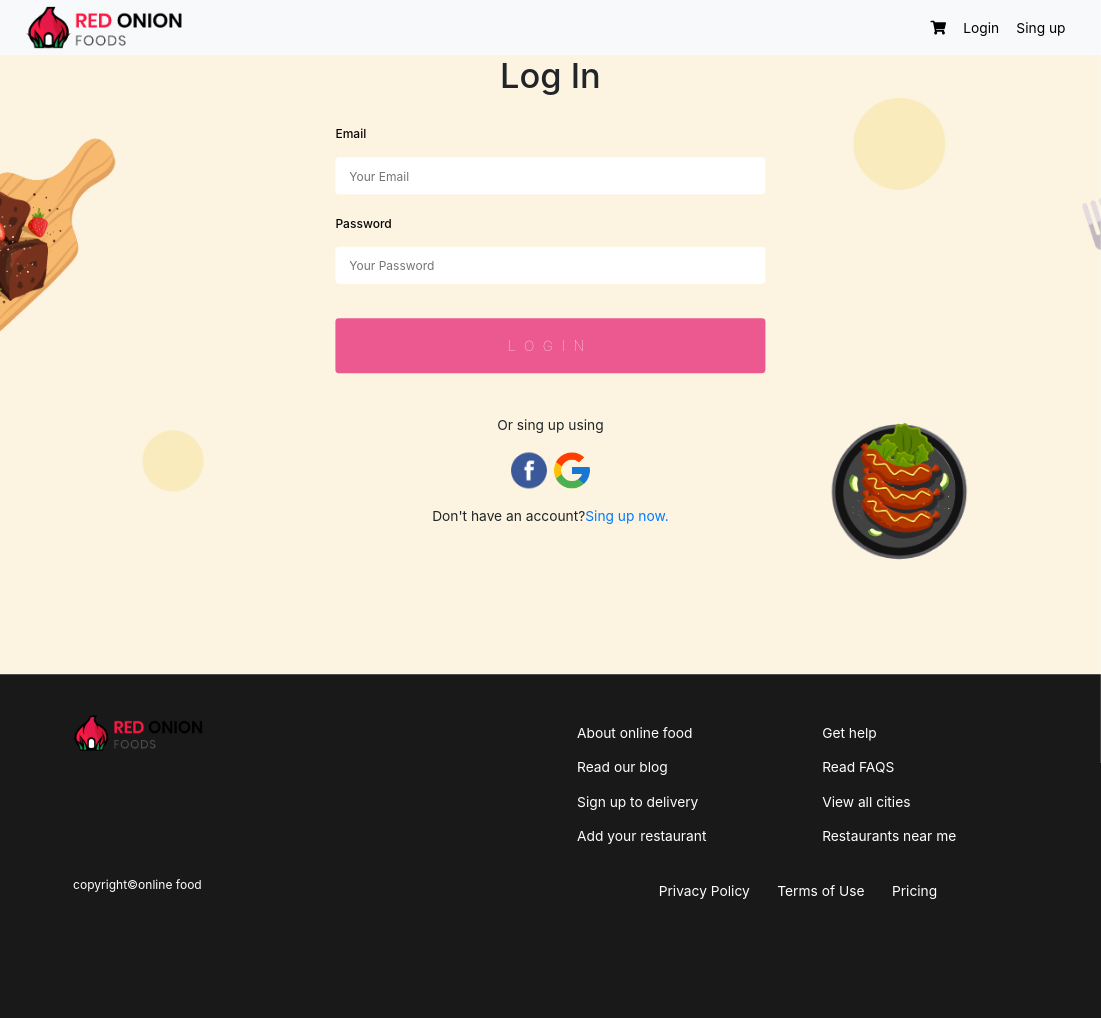
Repository: arif286/red-onion-client
Page: /login
These files come from the project's save history. The page is drawn as it stood at one moment and after the next save; the edit follows.
The browser window is 1280 px wide. The pictures show the whole page, at 86% of full size.
The project was rebuilt for these pictures with package versions that can differ from the ones it lists, and the page was loaded fresh each time. Also part of the build but not shown: src/App.css, src/components/Cart/Cart.js, src/components/SearchBar/SearchBar.css, src/components/SearchBar/SearchBar.js, src/components/FoodDetails/FoodDetail.css, src/components/FoodDetails/FoodDetail.js, src/components/DeliveryFood/DeliveryFood.js, src/components/Food/Food.css and 5 more.

Above is the page before, as saved 2021-03-26 14:29:34.

### src/App.js
import "bootstrap/dist/css/bootstrap.min.css";
import React, { createContext, useState } from "react";
import { BrowserRouter as Router, Route, Switch } from "react-router-dom";
import './App.css';
import Cart from "./components/Cart/Cart";
import FoodDetail from "./components/FoodDetails/FoodDetail";
import Footer from "./components/Footer/Footer";
import Header from "./components/Header/Header";
import Home from './components/Home/Home';
import Login from "./components/LogIn/Login";
import PrivateRoute from "./components/PrivateRoute/PrivateRoute";
import SingUp from "./components/SingUp/SingUp";


export const UserContext = createContext();
function App() {
  const [loggedInUser, setLoggedInUser] = useState({});
  return (
    <UserContext.Provider value={[loggedInUser, setLoggedInUser]}>
      <Router>
        <Header />
        <Switch>
          <Route path="/home">
            <Home />
          </Route>
          <Route path="/signUp">
            <SingUp />
          </Route>
          <Route path="/login">
            <Login />
          </Route>
          <Route path="/food/details/:foodId">
            <FoodDetail />
          </Route>
          <PrivateRoute>
            <Cart/>
          </PrivateRoute>
          <Route exact path="/">
            <Home/>
          </Route>
        </Switch>
        <Footer />
      </Router>
    </UserContext.Provider>
  );

}

export default App;

### src/components/Footer/Footer.js
import React from 'react';
import { NavLink } from 'react-bootstrap';
import Logo from '../../onion-restaurent/logo2.png';
import './Footer.css';

const Footer = () => {
    return (
      <footer>
        <div className="container">
          <div className="row pt-5">
            <div className="col-md-6 col-sm-12 pb-4">
              <img className="footer-img" src={Logo} alt="" />
            </div>
            <div className="col-md-3 col-sm-12 pb-4">
              <ul className="nav flex-column">
                <li className="nav-item">
                  <NavLink
                    className="nav-link active footer-link"
                    aria-current="page"
                    to="/"
                  >
                    About online food
                  </NavLink>
                </li>
                <li className="nav-item">
                  <NavLink className="nav-link footer-link" to="/">
                    Read our blog
                  </NavLink>
                </li>
                <li className="nav-item">
                  <NavLink className="nav-link footer-link" to="/">
                    Sign up to delivery
                  </NavLink>
                </li>
                <li className="nav-item">
                  <NavLink className="nav-link footer-link" to="/">
                    Add your restaurant
                  </NavLink>
                </li>
              </ul>
            </div>
            <div className="col-md-3 col-sm-12 pb-4">
              <ul className="nav flex-column">
                <li className="nav-item">
                  <NavLink
                    className="nav-link footer-link"
                    aria-current="page"
                    to="/"
                  >
                    Get help
                  </NavLink>
                </li>
                <li className="nav-item">
                  <NavLink className="nav-link footer-link" to="/">
                    Read FAQS
                  </NavLink>
                </li>
                <li className="nav-item">
                  <NavLink className="nav-link footer-link" to="/">
                    View all cities
                  </NavLink>
                </li>
                <li className="nav-item">
                  <NavLink className="nav-link footer-link" to="/">
                    Restaurants near me
                  </NavLink>
                </li>
              </ul>
            </div>
          </div>

          <div className="row">
            <div className="col-md-7">
              <p className='copy-right'>
                <small>
                  copyright<span>&#169;</span>online food
                </small>
              </p>
            </div>
            <div className="col-md-5">
              <div className='d-flex'>
                <NavLink className="footer-link">Privacy Policy</NavLink>
                <NavLink className="footer-link">Terms of Use</NavLink>
                <NavLink className="footer-link">Pricing</NavLink>
              </div>
            </div>
          </div>
        </div>
      </footer>
    );
};

export default Footer;

### src/components/Header/Header.js
import { faShoppingCart } from "@fortawesome/free-solid-svg-icons";
import { FontAwesomeIcon } from "@fortawesome/react-fontawesome";
import React from 'react';
import { NavLink } from "react-router-dom";
import logo from '../../onion-restaurent/logo2.png';
import './Header.css';
const cart = <FontAwesomeIcon icon={faShoppingCart} />;
const Header = () => {
    const header = {
        logo : {width: '180px'}
    }
    return (
      <div>
        <nav className="navbar navbar-expand-lg navbar-light bg-light">
          <div className="container-fluid">
            <div>
              <img style={header.logo} src={logo} alt="" />
            </div>
            <button
              className="navbar-toggler"
              type="button"
              data-bs-toggle="collapse"
              data-bs-target="#navbarNav"
              aria-controls="navbarNav"
              aria-expanded="false"
              aria-label="Toggle navigation"
            >
              <span className="navbar-toggler-icon"></span>
            </button>
            <div
              className="collapse  navbar-collapse justify-content-end"
              id="navbarNav"
            >
              <ul className="navbar-nav">
                <li className="nav-item">
                  <NavLink className="header-link" to="/">
                    {cart}
                  </NavLink>
                </li>
                <li className="nav-item">
                  <NavLink className="header-link" to="/login">
                    Login
                  </NavLink>
                </li>
                <li className="nav-item">
                  <NavLink className="header-link" to="/signUp">
                    Sing up
                  </NavLink>
                </li>
              </ul>
            </div>
          </div>
        </nav>
      </div>
    );
};

export default Header;

### src/components/LogIn/Login.js
import React, { useContext } from "react";
import { useForm } from "react-hook-form";
import { Link } from "react-router-dom";
import { UserContext } from "../../App";
import image from "../../onion-restaurent/bannerbackground.png";
import { initializeLoginFramework, logInWithEmailPassword } from "./LoginManager";
import WithoutLogin from "./WithoutLogin";


const bgImage = {
  backgroundImage: `url(${image})`,
  backgroundRepeat: "no-repeat, repeat",
  height: "100vh",
  backgroundSize: "cover",
  backgroundPosition: "bottom",
};
const Login = () => {
  const [loggedInUser, setLoggedInUser] = useContext(UserContext);
  // const [newLogInUser, setNewLogInUser] = useState({
  //   isSignedIn: false,
  //   name: '',
  //   email: '',
  //   password: '',
  //   photo: '',
  //   phone: ''
  // });


  const { register, handleSubmit, errors } = useForm();
  const onSubmit = (data) => {
      initializeLoginFramework();

      console.log(data);
      logInWithEmailPassword(data.email, data.password)
        .then(res => {
          setLoggedInUser(res);
        })
        .catch(error => {
          setLoggedInUser(error);
        })
  };

  return (
    <div style={bgImage}>
      <h1 className="form-header">Log In</h1>
      <form className="form-submit" onSubmit={handleSubmit(onSubmit)}>
        <label htmlFor="email">Email</label>
        <input
          defaultValue={loggedInUser?.email}
          name="email"
          placeholder="Your Email"
          type="email"
          ref={register({
            required: true,
            pattern: /^(([^<>()[\]\\.,;:\s@"]+(\.[^<>()[\]\\.,;:\s@"]+)*)|(".+"))@((\[[0-9]{1,3}\.[0-9]{1,3}\.[0-9]{1,3}\.[0-9]{1,3}\])|(([a-zA-Z\-0-9]+\.)+[a-zA-Z]{2,}))$/,
          })}
        />
        {errors.email && <p>Your email is invalid</p>}
        <label htmlFor="password">Password</label>
        <input
          defaultValue={loggedInUser?.password}
          name="password"
          placeholder="Your Password"
          type="password"
          ref={register({
            required: true,
            pattern: /^(?=.*\d)(?=.*[a-z])(?=.*[A-Z]).{6,20}$/,
          })}
        />
        {errors.password && (
          <p>
            password between 6 to 20 characters which contain one numeric digit,
            one uppercase and one lowercase letter.
          </p>
        )}

        <input type="submit" value="Login" />
        {setLoggedInUser.success && (
          <p className="text-center">{setLoggedInUser.error}</p>
        )}
      </form>
      <div>
        <WithoutLogin />
        <p className="text-center">
          Don't have an account?
          <Link to="/singUp">Sing up now.</Link>
        </p>
      </div>
    </div>
  );
};

export default Login;

### src/components/Footer/Footer.css
.footer-img {
  width: 150px;
}
footer {
  background-color: #191919;
  height: 400px;
}
.footer-link {
  color: white;
}
.footer-link:hover {
  color: #878787;
}
.copy-right {
  color: white;
}

### src/components/Header/Header.css
.header-link {
  color: black;
  display: inline-block;
  padding: 10px;
}
.header-link:hover {
  text-decoration: none;
  color: #777777;
}

### src/components/LogIn/LoginManager.js
import firebase from "firebase/app";
import "firebase/auth";
import firebaseConfig from "./firebase.config";


export const initializeLoginFramework = () => {
  if (firebase.apps.length === 0) {
    firebase.initializeApp(firebaseConfig);
  }
};

const provider = new firebase.auth.GoogleAuthProvider();

export const handleGoogleSingIn = () => {
    return firebase
      .auth()
      .signInWithPopup(provider)
      .then((result) => {

          const { displayName, email, phoneNumber, photoURL } = result.user;
          const signInUser = {
              isSignIn: true,
              name: displayName,
              email: email,
              phone: phoneNumber,
              photo: photoURL,
          };
          return signInUser;
      })
      .catch((error) => {
        // Handle Errors here.
        const signInUser = {
          isSignIn: false,
          name: '',
          email: '',
          password: '',
          phone: '',
          photo: '',
        }
        signInUser.error = error.message;
        return signInUser;
      });
}
export const logInWithEmailPassword = (email, password) => {
    return firebase
      .auth()
      .signInWithEmailAndPassword(email, password)
      .then(res => {
        const newUserInfo = res.user
        newUserInfo.error = '';
        newUserInfo.success = true;
        return newUserInfo;
          })
      .catch((error) => {
        const newUserInfo = {}
        newUserInfo.error = error.message;
        newUserInfo.success = false;
        console.log(error.message)
        return newUserInfo;
      });
}

export const createAccountWithEmailPassword = (email, password, name) => {
  return firebase
    .auth()
    .createUserWithEmailAndPassword(email, password)
    .then((res) => {
      const newUserInfo = res.user
      newUserInfo.error = '';
      newUserInfo.success = true;
      updateUserName(name);
      return newUserInfo;
    })
    .catch((error) => {
      console.log(error);
      const newUserInfo = {}
      newUserInfo.error = error.message;
      newUserInfo.success = false;
      return newUserInfo;
    });
};

const updateUserName = (name) => {
  const user = firebase.auth().currentUser;

  user
    .updateProfile({
      displayName: name,
    })
    .then(function () {
      // Update successful.
      console.log("user name update");
    })
    .catch(function (error) {
      // An error happened.
      console.log(error);
    });
};

const fbProvider = new firebase.auth.FacebookAuthProvider();

export const handleFacebookSignIn = () => {
   return firebase
    .auth()
    .signInWithPopup(fbProvider)
    .then((result) => {
      const { displayName, email, phoneNumber, photoURL } = result.user;
      const signInUser = {
        isSignIn: true,
        name: displayName,
        email: email,
        phone: phoneNumber,
        photo: photoURL,
      };
      return signInUser;
    })
     .catch((error) => {
      console.log(error);
      const signInUser = {
        isSignIn: false,
        name: "",
        email: "",
        password: "",
        phone: "",
        photo: "",
      };
      signInUser.error = error.message;
      return signInUser;
    });
}

### src/components/LogIn/WithoutLogin.js
import React, { useContext } from 'react';
import { useHistory, useLocation } from "react-router-dom";
import { UserContext } from '../../App';
import facebook from "../../onion-restaurent/ICON/Facebook.png";
import google from "../../onion-restaurent/ICON/Google.png";
import "./Login.css";
import {
    handleFacebookSignIn,
    handleGoogleSingIn,
    initializeLoginFramework
} from "./LoginManager";


const WithoutLogin = () => {
    const [loggedInUser, setLoggedInUser] = useContext(UserContext);
    const history = useHistory();
    const location = useLocation();
    const { from } = location.state || { from: { pathname: "/" } };

    initializeLoginFramework();

      const handleGoogleLogin = () => {
        handleGoogleSingIn().then((res) => {
          console.log(res);
          setLoggedInUser(res);
          history.replace(from);
        });
        console.log("click me");
    };

      const handleFacebookLogin = () => {
        handleFacebookSignIn()
          .then((res) => {
            setLoggedInUser(res);
          })
          .catch((error) => {
            setLoggedInUser(error);
          });
      };
    return (
      <div className="mt-5">
        <p className="text-center">Or sing up using</p>
        <div className="d-flex justify-content-center">
          <p className="icon">
            <img onClick={handleFacebookLogin} src={facebook} alt="" />
          </p>
          <p className="icon">
            <img onClick={handleGoogleLogin} src={google} alt="" />
          </p>
        </div>
      </div>
    );
};

export default WithoutLogin;

### src/components/SingUp/SingUp.css
.form-submit {
  max-width: 500px;
  margin: 0 auto;
}

.form-header {
  /* font-weight: 100; */
  text-align: center;
  padding-bottom: 10px;
}

.form {
  background: #0e101c;
  max-width: 400px;
  margin: 0 auto;
}

.form-submit p {
  color: #bf1650;
}

.form-submit p::before {
  display: inline;
  content: "⚠ ";
}

.form-submit input {
  display: block;
  box-sizing: border-box;
  width: 100%;
  border-radius: 4px;
  border: 1px solid white;
  padding: 10px 15px;
  margin-bottom: 10px;
  font-size: 14px;
}

.form-submit label {
  line-height: 2;
  text-align: left;
  display: block;
  margin-bottom: 13px;
  margin-top: 20px;
  color: #080707;
  font-size: 14px;
  font-weight: 500;
}

button[type="submit"],
.form-submit input[type="submit"] {
  background: #ec5990;
  color: white;
  text-transform: uppercase;
  border: none;
  margin-top: 40px;
  padding: 20px;
  font-size: 16px;
  font-weight: 100;
  letter-spacing: 10px;
}

button[type="submit"]:hover,
.form-submit input[type="submit"]:hover {
  background: #bf1650;
}

/* button[type="submit"]:active,
.form-submit input[type="button"]:active,
.form-submit input[type="submit"]:active {
  transition: 0.3s all;
  transform: translateY(3px);
  border: 1px solid transparent;
  opacity: 0.8;
}

.form-submit input:disabled {
  opacity: 0.4;
}

.form-submit input[type="button"]:hover {
  transition: 0.3s all;
}

button[type="submit"],
.form-submit input[type="button"],
.form-submit input[type="submit"] {
  -webkit-appearance: none;
}

.App {
  max-width: 600px;
  margin: 0 auto;
}

button[type="button"] {
  display: block;
  appearance: none;
  background: #333;
  color: white;
  border: none;
  text-transform: uppercase;
  padding: 10px 20px;
  border-radius: 4px;
}

pre {
  color: white;
}

hr {
  margin-top: 30px;
}

button {
  display: block;
  appearance: none;
  margin-top: 40px;
  border: 1px solid #333;
  margin-bottom: 20px;
  text-transform: uppercase;
  padding: 10px 20px;
  border-radius: 4px;
} */

### src/components/LogIn/firebase.config.js
const firebaseConfig = {
  apiKey: "AIzaSyBWzfoc-TsST_RbsttCqWiNlDbUF6bRq4I",
  authDomain: "red-onion-food-shop.firebaseapp.com",
  projectId: "red-onion-food-shop",
  storageBucket: "red-onion-food-shop.appspot.com",
  messagingSenderId: "577645791834",
  appId: "1:577645791834:web:0a8111144bda71c388e663",
};
export default firebaseConfig;

### src/components/LogIn/Login.css
.icon img {
  width: 50px;
}

Loaded but not shown: public/index.html (common file); src/index.js (common file); src/index.css (common file); src/reportWebVitals.js (common file)

After the next save:
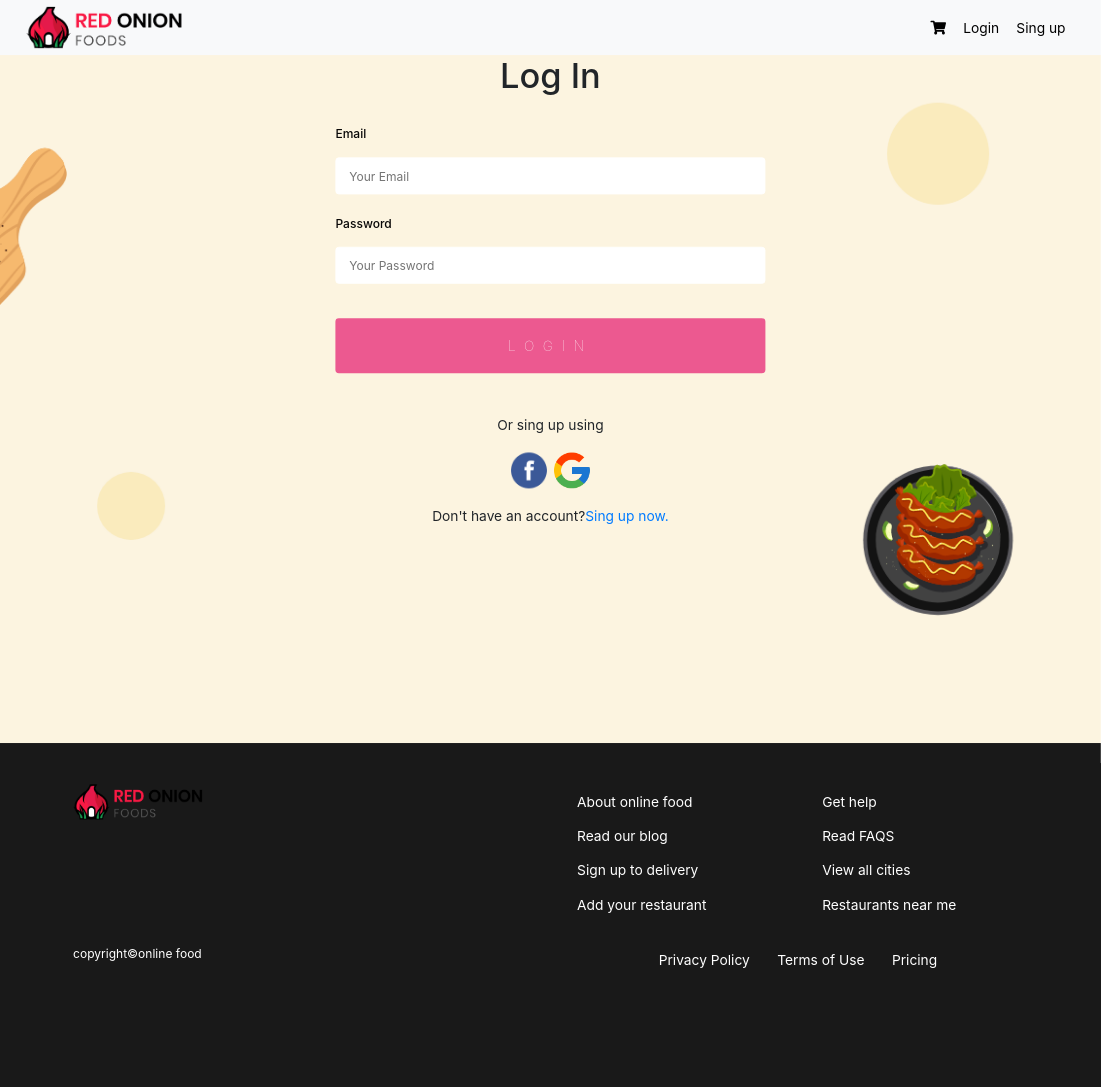
Saved 84 s later.
--- a/src/components/LogIn/Login.js
+++ b/src/components/LogIn/Login.js
@@ -10,7 +10,7 @@ import WithoutLogin from "./WithoutLogin";
 const bgImage = {
   backgroundImage: `url(${image})`,
   backgroundRepeat: "no-repeat, repeat",
-  height: "100vh",
+  minHeight: "800px",
   backgroundSize: "cover",
   backgroundPosition: "bottom",
 };
